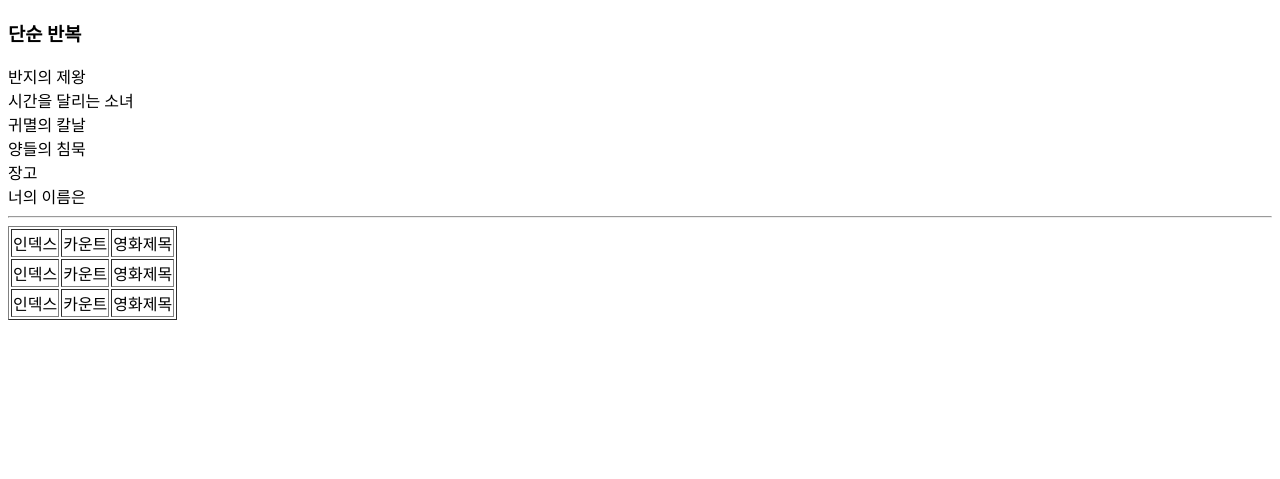
Repository: YooMyeongSeon/JSP_Servlet_Study
Page: http://localhost/web07/Ex_12.jsp
An editor plug-in stored every save of this project. The page is shown before and after the next save, followed by the edit.
The browser window is 1280 px wide. The pictures show the whole page.
The page is served by Tomcat 9.

Above is the page before, as saved 2022-06-10 05:45:41.

After the next save:
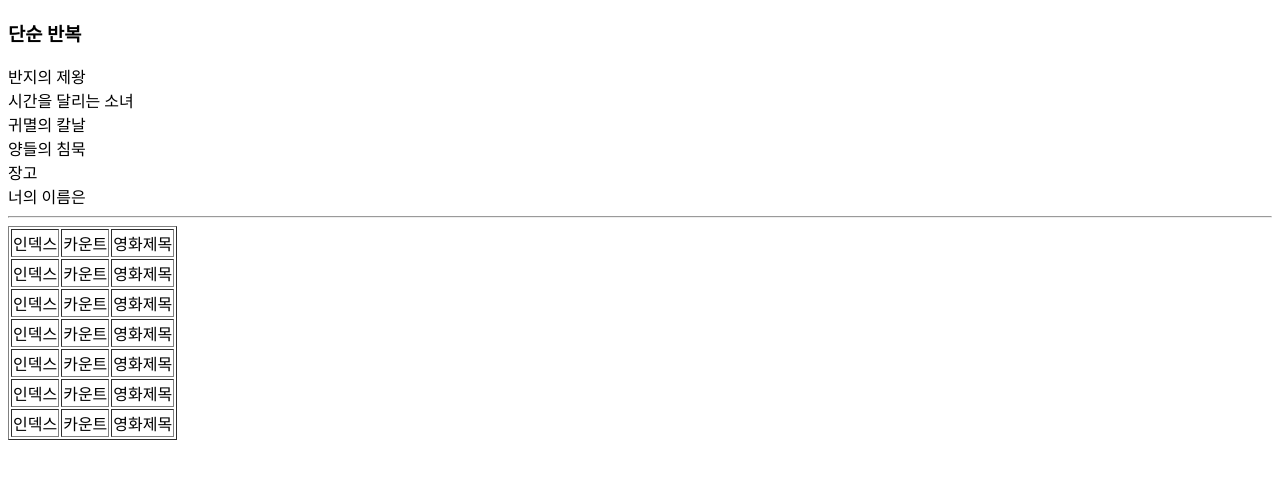
Saved 55 s later.
--- a/web07/WebContent/Ex_12.jsp
+++ b/web07/WebContent/Ex_12.jsp
@@ -23,16 +23,13 @@
 			<td>카운트</td>
 			<td>영화제목</td>
 		</tr>
+		<c:forEach items="${mList}" var="mTiile">
 		<tr>
 			<td>인덱스</td>
 			<td>카운트</td>
 			<td>영화제목</td>
 		</tr>
-		<tr>
-			<td>인덱스</td>
-			<td>카운트</td>
-			<td>영화제목</td>
-		</tr>
+		</c:forEach>
 	</table>
 </body>
 </html>
